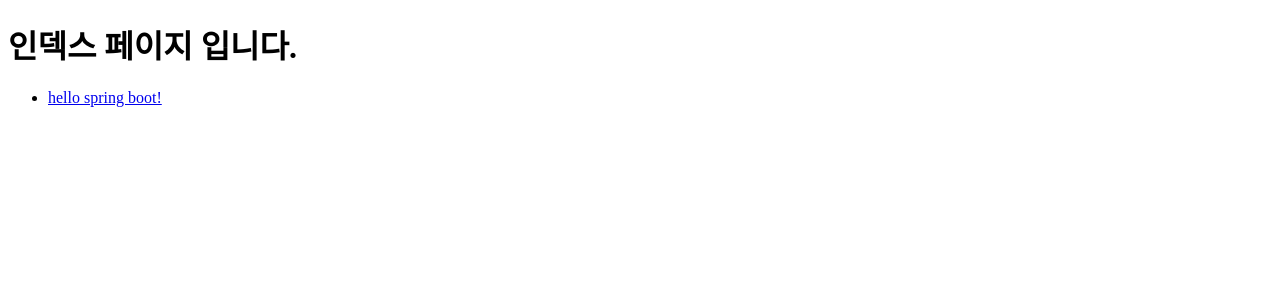
Repository: Saeunnnnni/acornClass_spring
Page: Boot03_Controller/src/main/resources/static/index.html
These files come from the project's save history. The page is drawn as it stood at one moment and after the next save; the edit follows.
The browser window is 1280 px wide. The pictures show the whole page.

Above is the page before, as saved 2023-07-11 03:16:37.

After the next save:
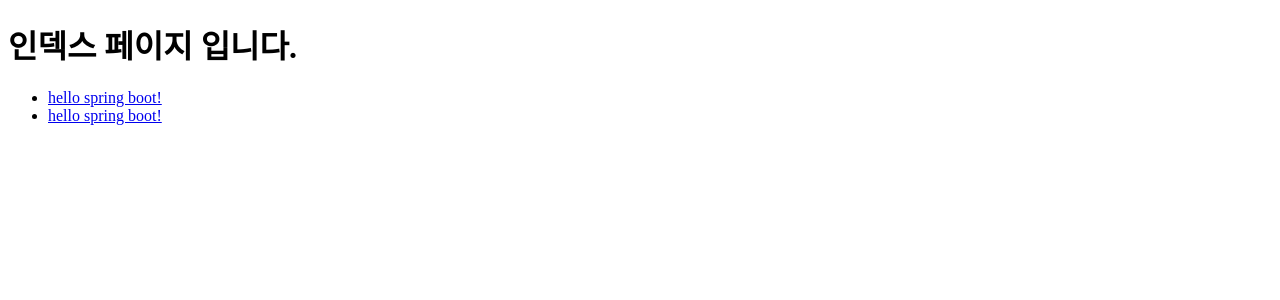
Saved 2 min 0 s later.
--- a/Boot03_Controller/src/main/resources/static/index.html
+++ b/Boot03_Controller/src/main/resources/static/index.html
@@ -9,6 +9,7 @@
 	<h1>인덱스 페이지 입니다.</h1>
 	<ul>
 		<li><a href="hello">hello spring boot!</a></li>
+		<li><a href="hello2">hello spring boot!</a></li>
 	</ul>
 </body>
 </html>
